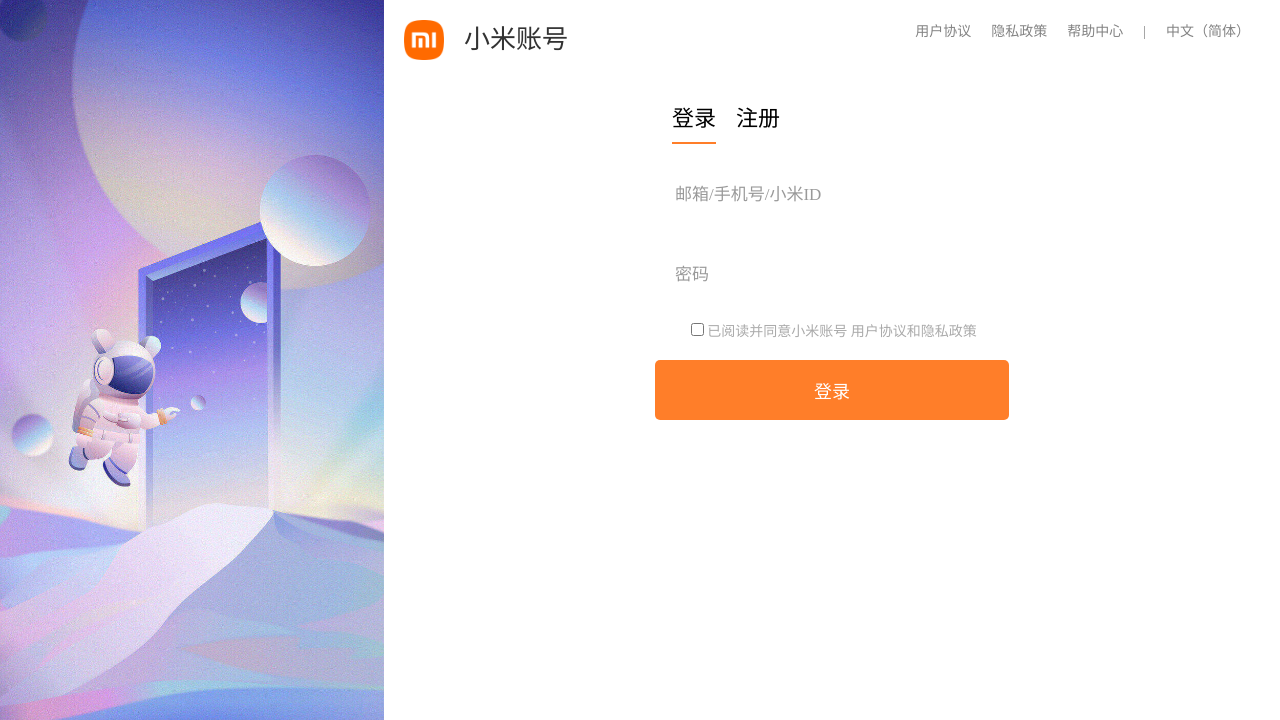
Repository: PLA-31695/Xiaomi
Page: /service/register
An editor plug-in stored every save of this project. The page is shown before and after the next save, followed by the edit.
The browser window is 1280 px wide. The pictures show the whole page.
The project was rebuilt for these pictures with package versions that can differ from the ones it lists, and the page was loaded fresh each time. Also part of the build but not shown: vue.config.js, src/components/Header/my-header.vue, src/views/Home/home.vue, src/components/Login/login.vue.

Above is the page before, as saved 2022-03-30 16:52:41.

After the next save:
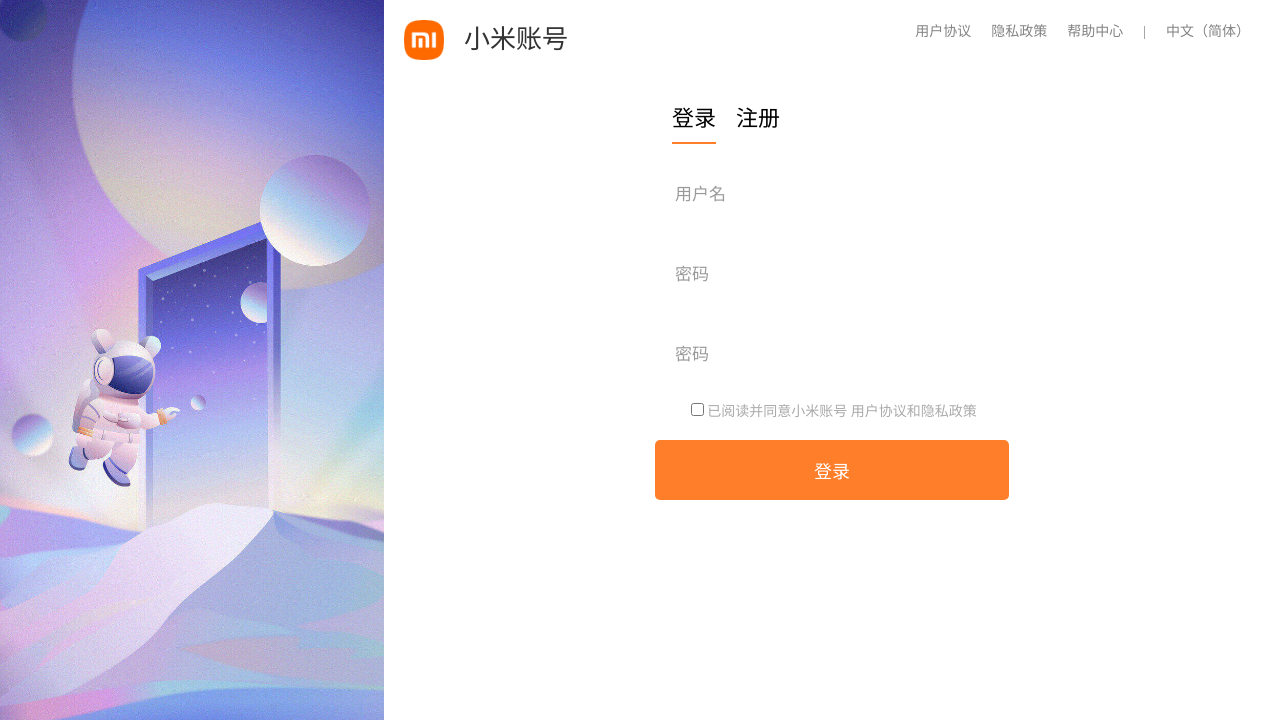
Saved 55 s later.
--- a/src/components/Register/register.vue
+++ b/src/components/Register/register.vue
@@ -8,9 +8,22 @@
             for="username"
             class="float-label"
             :class="{ active: isNameActive }"
-            >邮箱/手机号/小米ID</label
+            >用户名</label
           >
           <input type="text" @focus="changeNameStyle" @blur="changeNameStyle" />
+        </div>
+        <div class="password" id="password">
+          <label
+            for="password"
+            class="float-label"
+            :class="{ active: isPasswordActive }"
+            >密码</label
+          >
+          <input
+            type="password"
+            @focus="changePasswordStyle"
+            @blur="changePasswordStyle"
+          />
         </div>
         <div class="password" id="password">
           <label
